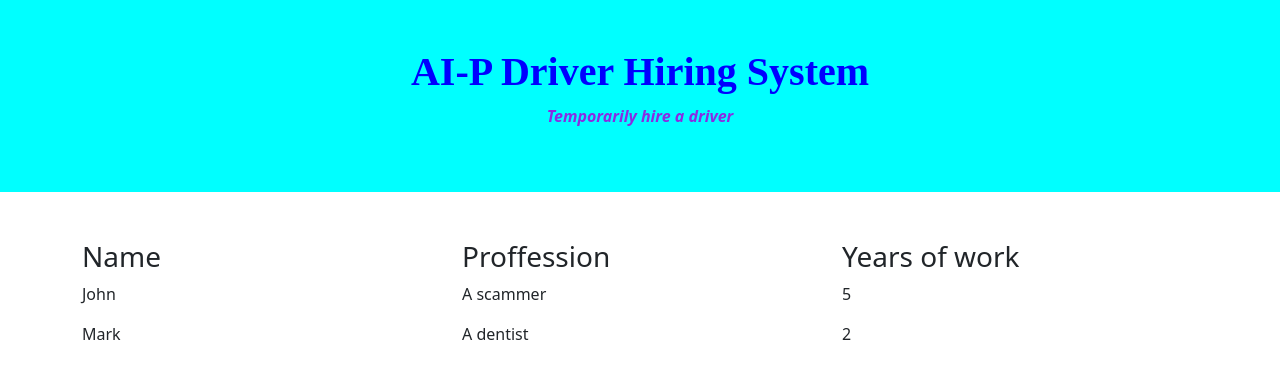
Repository: Wuda2000/AI-powered-Driver-hiring-system
Page: ONE.html
These files come from the project's save history. The page is drawn as it stood at one moment and after the next save; the edit follows.
The browser window is 1280 px wide. The pictures show the whole page.

Above is the page before, as saved 2024-12-23 22:29:34.

After the next save:
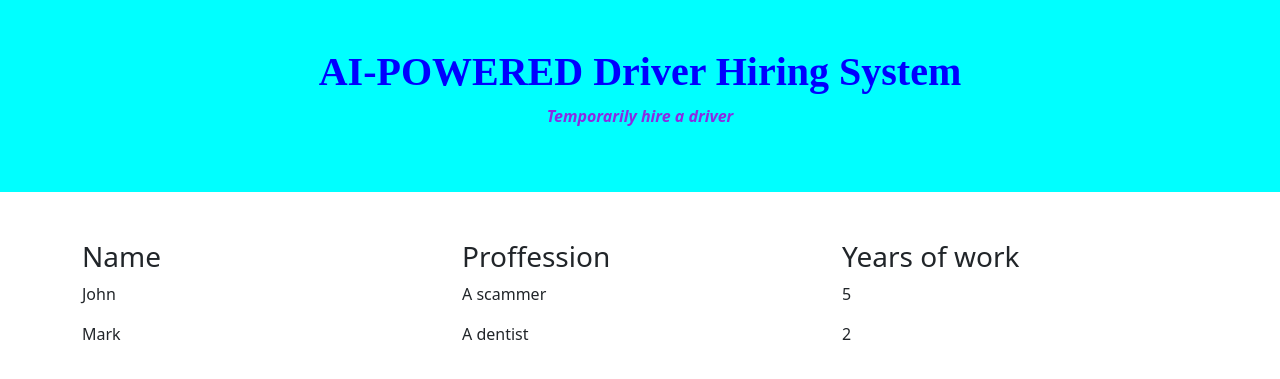
Saved 4 s later.
--- a/ONE.html
+++ b/ONE.html
@@ -11,7 +11,7 @@
 
 
     <div class="container-fluid p-5 text-white text-center" style="background-color: aqua;">
-        <h1 style="color: blue; font-family:'Times New Roman', Times, serif; " ><b>AI-P Driver Hiring System</b></h1>
+        <h1 style="color: blue; font-family:'Times New Roman', Times, serif; " ><b>AI-POWERED Driver Hiring System</b></h1>
         <p style="color: blueviolet;font-style:italic;"><b>Temporarily hire a driver</b></p>
       </div>
 
